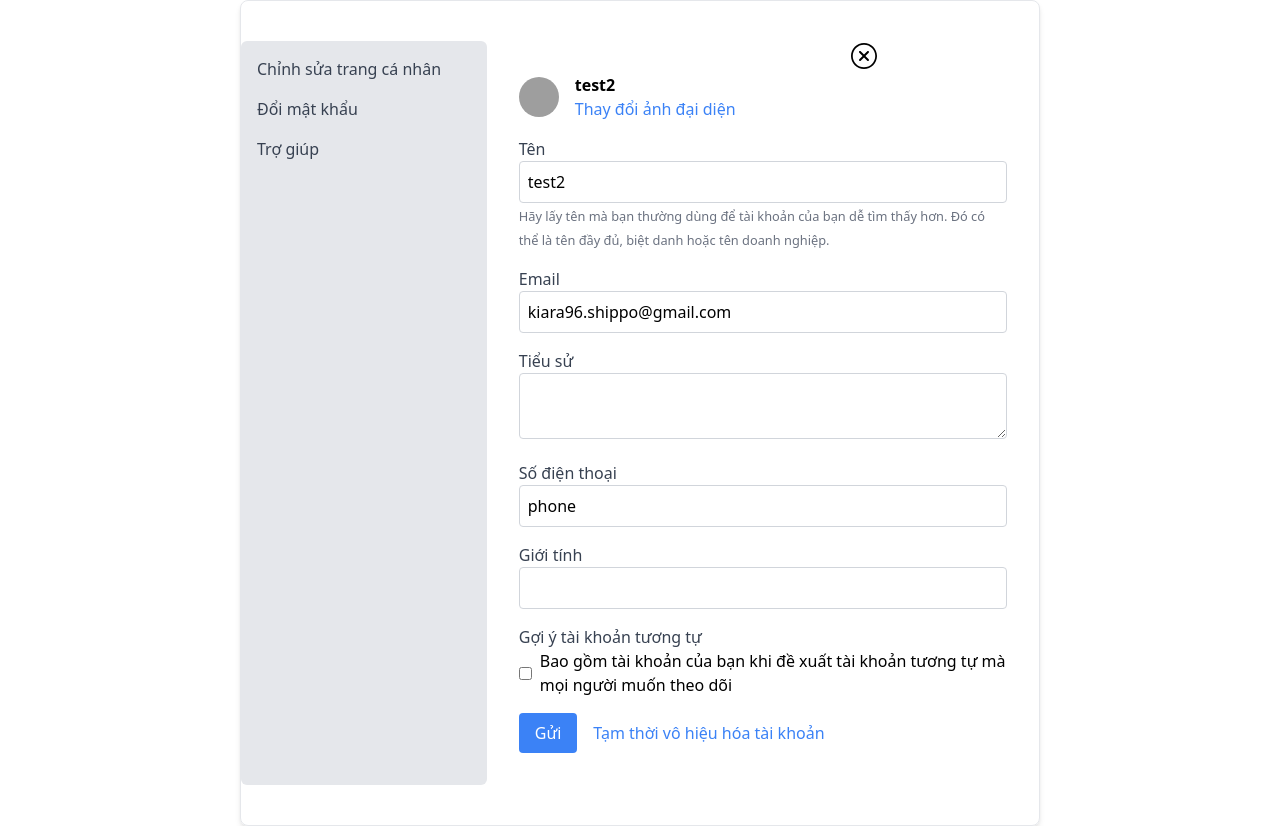
Repository: DangNgocDuong250903/2425_CS445AC_NHOM1
Page: /update_user (app in social_fe/)
These files come from the project's save history. The page is drawn as it stood at one moment and after the next save; the edit follows.
The browser window is 1280 px wide. The pictures show the whole page.
Pictures or frames that could not be fetched are drawn as grey boxes. The project was rebuilt for these pictures with package versions that can differ from the ones it lists, and the page was loaded fresh each time. Also part of the build but not shown: social_fe/vite.config.js, social_fe/src/components/Button/index.jsx, social_fe/src/assets/index.js, social_fe/src/components/FriendCard/index.jsx, social_fe/src/components/Loading/index.jsx, social_fe/src/components/PostCard/index.jsx, social_fe/src/components/ProfileCard/index.jsx, social_fe/src/components/TextInput/index.jsx and 8 more.

Above is the page before, as saved 2024-11-05 11:05:09.

### social_fe/index.html
<!DOCTYPE html>
<html lang="en">
  <head>
    <meta charset="UTF-8" />
    <link rel="icon" type="image/svg+xml" href="/public/logo.svg" />
    <meta name="viewport" content="width=device-width, initial-scale=1.0" />
    <title>LinkVerse</title>
  </head>
  <body>
    <div id="root"></div>
    <script type="module" src="/src/main.jsx"></script>
  </body>
</html>

### social_fe/src/main.jsx
import { StrictMode } from "react";
import { createRoot } from "react-dom/client";
import App from "./App.jsx";
import "./index.css";
import { store } from "./redux/store.js";
import { Provider } from "react-redux";
import { BrowserRouter } from "react-router-dom";

createRoot(document.getElementById("root")).render(
  <StrictMode>
    <Provider store={store}>
      <BrowserRouter>
        <App />
      </BrowserRouter>
    </Provider>
  </StrictMode>,
);

### social_fe/src/App.jsx
import { Outlet, Navigate, Route, Routes, useLocation } from "react-router-dom";
import {
  Home,
  Profile,
  Register,
  Login,
  ResetPassword,
  NotFound,
} from "./pages";
import { useSelector } from "react-redux";
import UpdateUser from "./pages/ProfilePage/updateUser";

const Layout = () => {
  const { user } = useSelector((state) => state.user);
  const location = useLocation();

  return user?.token ? (
    <Outlet />
  ) : (
    <Navigate to="/login" state={{ from: location }} replace />
  );
};

function App() {
  const { theme } = useSelector((state) => state.theme);

  return (
    <div data-theme={theme} className="w-full min-h-[100vh]">
      <Routes>
        <Route element={<Layout />}>
          <Route path="/" element={<Home />} />
          <Route path="/profile" element={<Profile />} />
          <Route path="/update_user" element={<UpdateUser />} />


        </Route>

        <Route path="/register" element={<Register />} />
        <Route path="/login" element={<Login />} />
        <Route path="/reset-password" element={<ResetPassword />} />
        <Route path="*" element={<NotFound />} />
      </Routes>
    </div >
  );
}

export default App;

### social_fe/src/index.css
@tailwind base;
@tailwind components;
@tailwind utilities;

::-webkit-scrollbar {
    display: none;
     -ms-overflow-style: none;  /* IE and Edge */
    scrollbar-width: none;
  }

  .topbar{
  position: sticky;
  top: 0px;
  z-index: 49;
  }


  .dots-container {
    display: flex;
    align-items: center;
    justify-content: center;
    height: 100%;
    width: 100%;
    margin-bottom: 5px;
  }

  .dot {
    height: 12px;
    width: 12px;
    margin-right: 10px;
    border-radius: 10px;
    background-color: #fff;
    animation: pulse 1.5s infinite ease-in-out;
  }

  .dot:last-child {
    margin-right: 0;
  }

  .dot:nth-child(1) {
    animation-delay: -0.3s;
  }

  .dot:nth-child(2) {
    animation-delay: -0.1s;
  }

  .dot:nth-child(3) {
    animation-delay: 0.1s;
  }

  @keyframes pulse {
    0% {
      transform: scale(0.8);
      background-color: #b3d4fc;
      box-shadow: 0 0 0 0 rgba(178, 212, 252, 0.7);
    }

    50% {
      transform: scale(1.2);
      background-color: #4b79e4;
      box-shadow: 0 0 0 10px rgba(178, 212, 252, 0);
    }

    100% {
      transform: scale(0.8);
      background-color: #2584f8;
      box-shadow: 0 0 0 0 rgba(178, 212, 252, 0.7);
    }
  }

  @layer base {
    :root {
      --color-bg: 227 227 227;
      --color-primary: 255 255 255;
      --color-secondary:255 255 255;
      --color-ascent1: 0 0 0;
      --color-ascent2: 89 91 100;
      --color-blue: 6 90 216;
      --color-white: 255 255 255;

    }
    /* //15 23 42  21 30 49*/
    [data-theme="dark"] {
       --color-bg: 12 12 12;
       --color-primary: 31 31 31;
      --color-secondary: 47 45 48;
      --color-ascent1: 255 255 255;
      --color-ascent2: 164 161 162;
      --color-blue: 6 90 216;
      /* //16 176 255; */
      --color-white: 255 255 255;
    }
  }

### social_fe/src/redux/store.js
import { configureStore } from "@reduxjs/toolkit";

import { rootReducer } from "./reducer";

const store = configureStore({
  reducer: rootReducer,
});

const { dispatch } = store;

export { store, dispatch };

### social_fe/src/pages/index.js
import Home from "./HomePage";
import Login from "./LoginPage";
import NotFound from "./NotFoundPage";
import Profile from "./ProfilePage";
import Register from "./RegisterPage";
import ResetPassword from "./ResetPasswordPage";

export { Home, Login, NotFound, Profile, Register, ResetPassword };

### social_fe/src/pages/ProfilePage/updateUser.jsx
import React, { useState } from 'react';
import { Link, useNavigate } from 'react-router-dom';
import { IoIosCloseCircleOutline } from "react-icons/io";

const UpdateUser = () => {
    const [selectedLink, setSelectedLink] = useState(null);
    const navigate = useNavigate()
    const handleLinkClick = (linkIndex) => {
        setSelectedLink(linkIndex);
    };
    return (
        <div className="flex w-[800px] mx-auto pt-10 pb-10 border border-gray-200 shadow-md rounded-lg ">
            <IoIosCloseCircleOutline onClick={() => navigate("/")} className="absolute w-8 h-8 cursor-pointer top-10 right-[400px] hover:text-red-400 " />
            <div className="w-1/3 p-4 bg-gray-200 rounded-md">
                <ul className="flex flex-col">

                    <Link
                        href="#"
                        onClick={() => handleLinkClick(1)}
                        className={`mb-4 font-medium ${selectedLink === 1 ? 'text-blue-500' : 'text-gray-700'}`}
                    >
                        Chỉnh sửa trang cá nhân
                    </Link>


                    <Link
                        href="#"
                        onClick={() => handleLinkClick(2)}
                        className={`mb-4 font-medium ${selectedLink === 2 ? 'text-blue-500' : 'text-gray-700'}`}
                    >
                        Đổi mật khẩu
                    </Link>


                    <Link
                        href="#"
                        onClick={() => handleLinkClick(3)}
                        className={`mb-4 font-medium ${selectedLink === 3 ? 'text-blue-500' : 'text-gray-700'}`}
                    >
                        Trợ giúp
                    </Link>
                </ul>
            </div>
            <div className="w-3/4 p-8">
                <div className="flex items-center mb-4">
                    <img src="https://mighty.tools/mockmind-api/content/human/5.jpg" alt="User avatar" className="w-10 h-10 mr-4 rounded-full" />
                    <div>
                        <div className="font-bold">test2</div>
                        <a href="#" className="text-blue-500">Thay đổi ảnh đại diện</a>
                    </div>
                </div>
                <form>
                    <div className="mb-4">
                        <label className="block text-gray-700">Tên</label>
                        <input type="text" value="test2" className="w-full p-2 border border-gray-300 rounded" />
                        <small className="text-gray-500">Hãy lấy tên mà bạn thường dùng để tài khoản của bạn dễ tìm thấy hơn. Đó có thể là tên đầy đủ, biệt danh hoặc tên doanh nghiệp.</small>
                    </div>
                    <div className="mb-4">
                        <label className="block text-gray-700">Email</label>
                        <input type="email" value="kiara96.shippo@gmail.com" className="w-full p-2 border border-gray-300 rounded" />
                    </div>
                    <div className="mb-4">
                        <label className="block text-gray-700">Tiểu sử</label>
                        <textarea className="w-full p-2 border border-gray-300 rounded"></textarea>
                    </div>
                    <div className="mb-4">
                        <label className="block text-gray-700">Số điện thoại</label>
                        <input type="text" value="phone" className="w-full p-2 border border-gray-300 rounded" />
                    </div>
                    <div className="mb-4">
                        <label className="block text-gray-700">Giới tính</label>
                        <input type="text" className="w-full p-2 border border-gray-300 rounded" />
                    </div>
                    <div className="mb-4">
                        <label className="block text-gray-700">Gợi ý tài khoản tương tự</label>
                        <div className="flex items-center">
                            <input type="checkbox" className="mr-2" />
                            <span>Bao gồm tài khoản của bạn khi đề xuất tài khoản tương tự mà mọi người muốn theo dõi</span>
                        </div>
                    </div>
                    <div className="flex items-center">
                        <button type="submit" className="px-4 py-2 mr-4 text-white bg-blue-500 rounded">Gửi</button>
                        <button type="button" className="text-blue-500">Tạm thời vô hiệu hóa tài khoản</button>
                    </div>
                </form>
            </div>
        </div>
    );
};

export default UpdateUser;

### social_fe/src/redux/reducer.js
import { combineReducers } from "@reduxjs/toolkit";

import postSlice from "./Slices/postSlice";
import themeSlice from "./Slices/theme";
import userSlice from "./Slices/userSlice";

const rootReducer = combineReducers({
  user: userSlice,
  theme: themeSlice,
  posts: postSlice,
});

export { rootReducer };

### social_fe/src/redux/Slices/postSlice.js
import { createSlice } from "@reduxjs/toolkit";

const initialState = {
  posts: {},
};

const postSlice = createSlice({
  name: "post",
  initialState,
  reducers: {
    getPosts(state, action) {
      state.posts = action.payload;
    },
  },
});

export default postSlice.reducer;

export function SetPosts(post) {
  return (dispatch) => {
    dispatch(postSlice.actions.getPosts(post));
  };
}

### social_fe/src/redux/Slices/theme.js
import { createSlice } from "@reduxjs/toolkit";

const initialState = {
  theme: JSON.parse(window?.localStorage.getItem("theme")) ?? "dark",
};

const themeSlice = createSlice({
  name: "theme",
  initialState,
  reducers: {
    setTheme(state, action) {
      state.theme = action.payload;
      localStorage.setItem("theme", JSON.stringify(action.payload));
    },
  },
});

export default themeSlice.reducer;

export function SetTheme(value) {
  return (dispatch) => {
    dispatch(themeSlice.actions.setTheme(value));
  };
}

### social_fe/src/redux/Slices/userSlice.js
import { createSlice } from "@reduxjs/toolkit";

import { user } from "../../assets/data";

const initialState = {
  user: JSON.parse(window?.localStorage.getItem("user")) ?? user,
  edit: false,
};

const userSlice = createSlice({
  name: "user",
  initialState,
  reducers: {
    login(state, action) {
      state.user = action.payload;
      localStorage.setItem("user", JSON.stringify(action.payload));
    },
    logout(state) {
      state.user = null;
      localStorage?.removeItem("user");
    },
    updateProfile(state, action) {
      state.edit = action.payload;
    },
  },
});
export default userSlice.reducer;

export function UserLogin(user) {
  return (dispatch) => {
    dispatch(userSlice.actions.login(user));
  };
}

export function Logout() {
  return (dispatch) => {
    dispatch(userSlice.actions.logout());
  };
}

export function UpdateProfile(val) {
  return (dispatch) => {
    dispatch(userSlice.actions.updateProfile(val));
  };
}

### social_fe/tailwind.config.js
/** @type {import('tailwindcss').Config} */
export default {
  content: [
    "./index.html",
    "./src/**/*.{js,ts,jsx,tsx}",
  ],
  theme: {
    extend: {
      colors: {
        bgColor: "rgb(var(--color-bg) / <alpha-value>)",
        primary: "rgb(var(--color-primary) / <alpha-value>)",
        secondary: "rgb(var(--color-secondary) / <alpha-value>)",
        customBlue: "rgb(var(--color-blue) / <alpha-value>)",
        white: "rgb(var(--color-white) / <alpha-value>)",
        ascent: {
          1: "rgb(var(--color-ascent1) / <alpha-value>)",
          2: "rgb(var(--color-ascent2) / <alpha-value>)",
        },
      },
      screens: {
        sm: "640px",

        md: "768px",

        lg: "1024px",

        xl: "1280px",

        "2xl": "1536px",
      },
      extend: {
      },
    },
    plugins: [],
  }
}

Loaded but not shown: social_fe/src/assets/data.js (508 lines, source omitted)

After the next save:
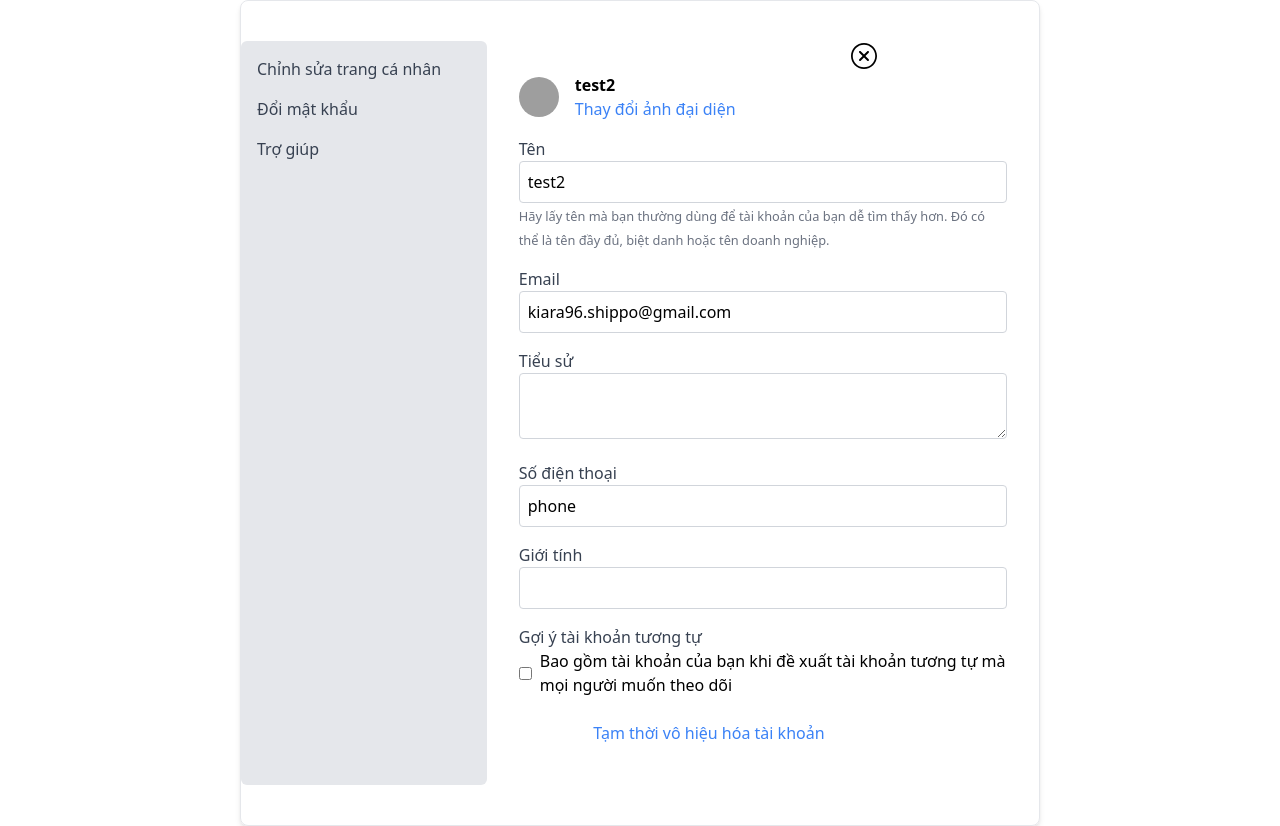
Saved 46 s later.
--- a/social_fe/src/pages/ProfilePage/updateUser.jsx
+++ b/social_fe/src/pages/ProfilePage/updateUser.jsx
@@ -79,7 +79,7 @@ const UpdateUser = () => {
                         </div>
                     </div>
                     <div className="flex items-center">
-                        <button type="submit" className="px-4 py-2 mr-4 text-white bg-blue-500 rounded">Gửi</button>
+                        <button type="submit" className="px-4 py-2 mr-4 text-white bg-transparent rounded">Gửi</button>
                         <button type="button" className="text-blue-500">Tạm thời vô hiệu hóa tài khoản</button>
                     </div>
                 </form>
